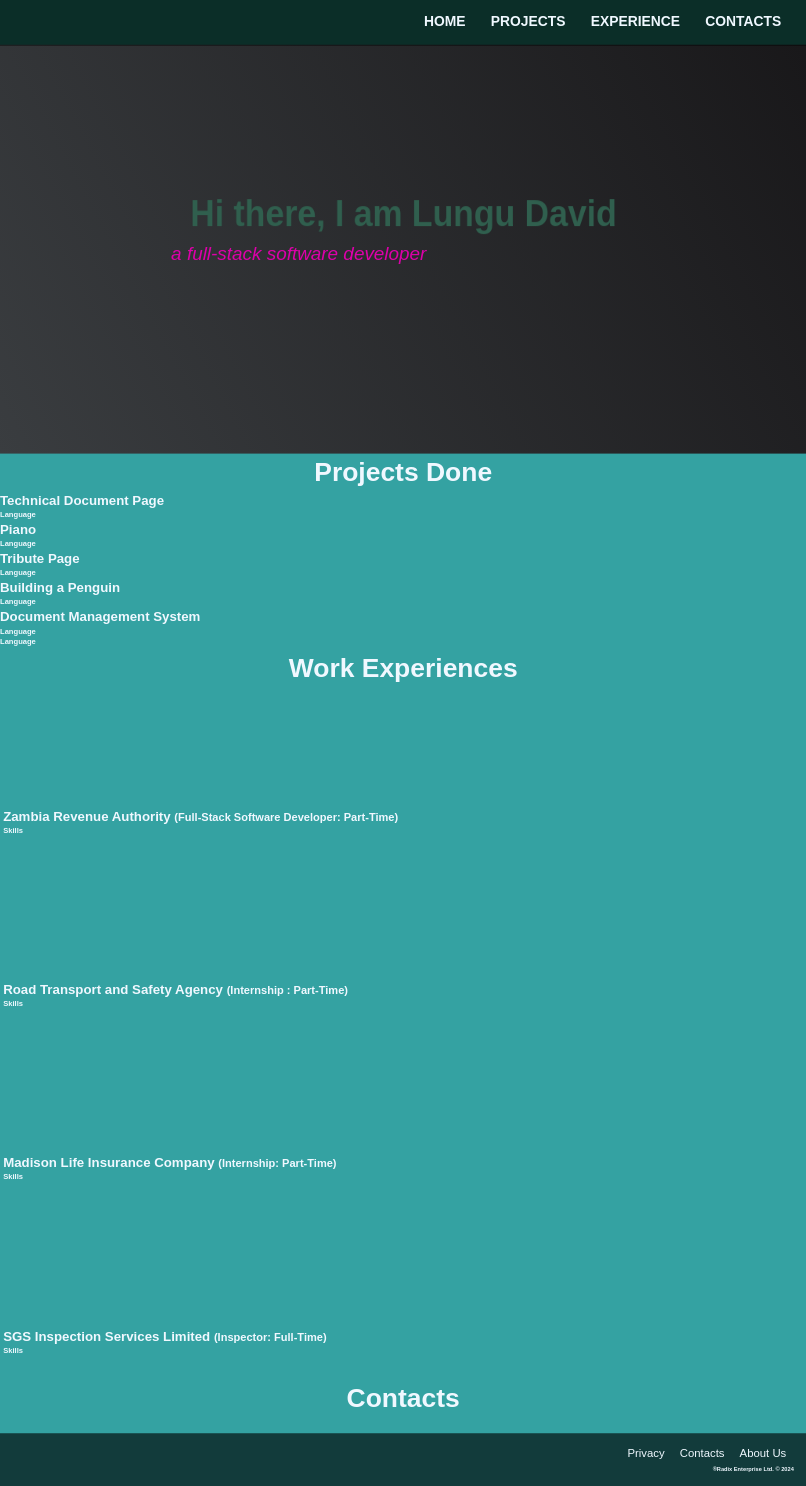
Repository: Lungdjos/personal_portifolio
Page: html/index.html
These files come from the project's save history. The page is drawn as it stood at one moment and after a run of saves; the edit follows.
The browser window is 1280 px wide. The pictures show the whole page, at 63% of full size.

Above is the page before, as saved 2024-02-02 01:33:54.

After the next 2 saves:
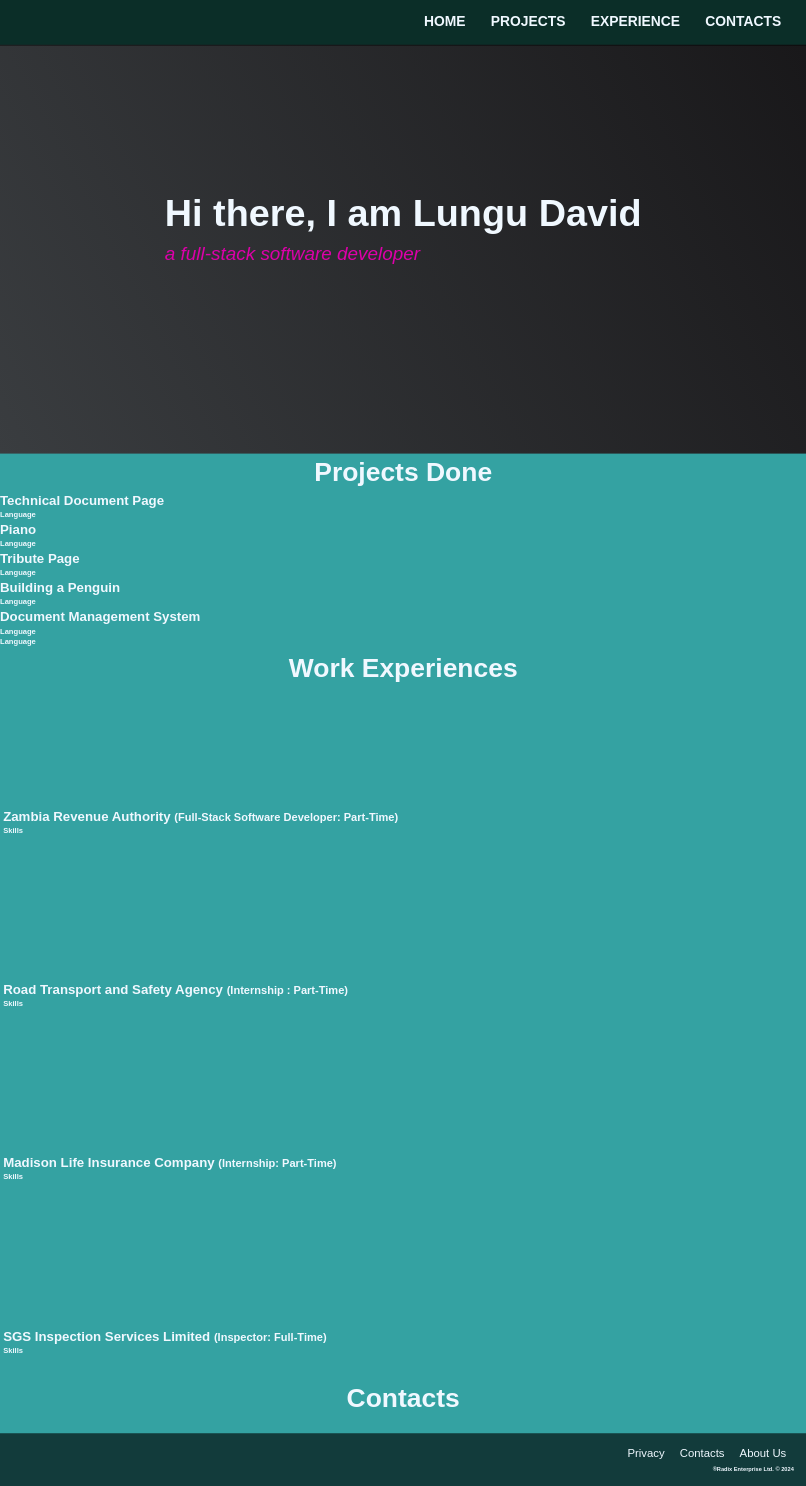
The 2 saves are shown as one change because they came seconds apart.
The last was saved 3 min 25 s later.
--- a/html/index.html
+++ b/html/index.html
@@ -27,8 +27,8 @@
         <div id="spacer"></div>
         <section class="home" id="Home">
             <div id="welcome-section">
-                <h1 id="title">Hi there, I am Lungu David</h1>
-                <p id="sub-title">a full-stack software developer</p>
+                <h1>Hi there, I am Lungu David</h1>
+                <p><span>a</span> <span>full-stack</span> <span>software</span> <span>developer</span></p>
             </div>
         </section>
 

After the 2 saves that followed:
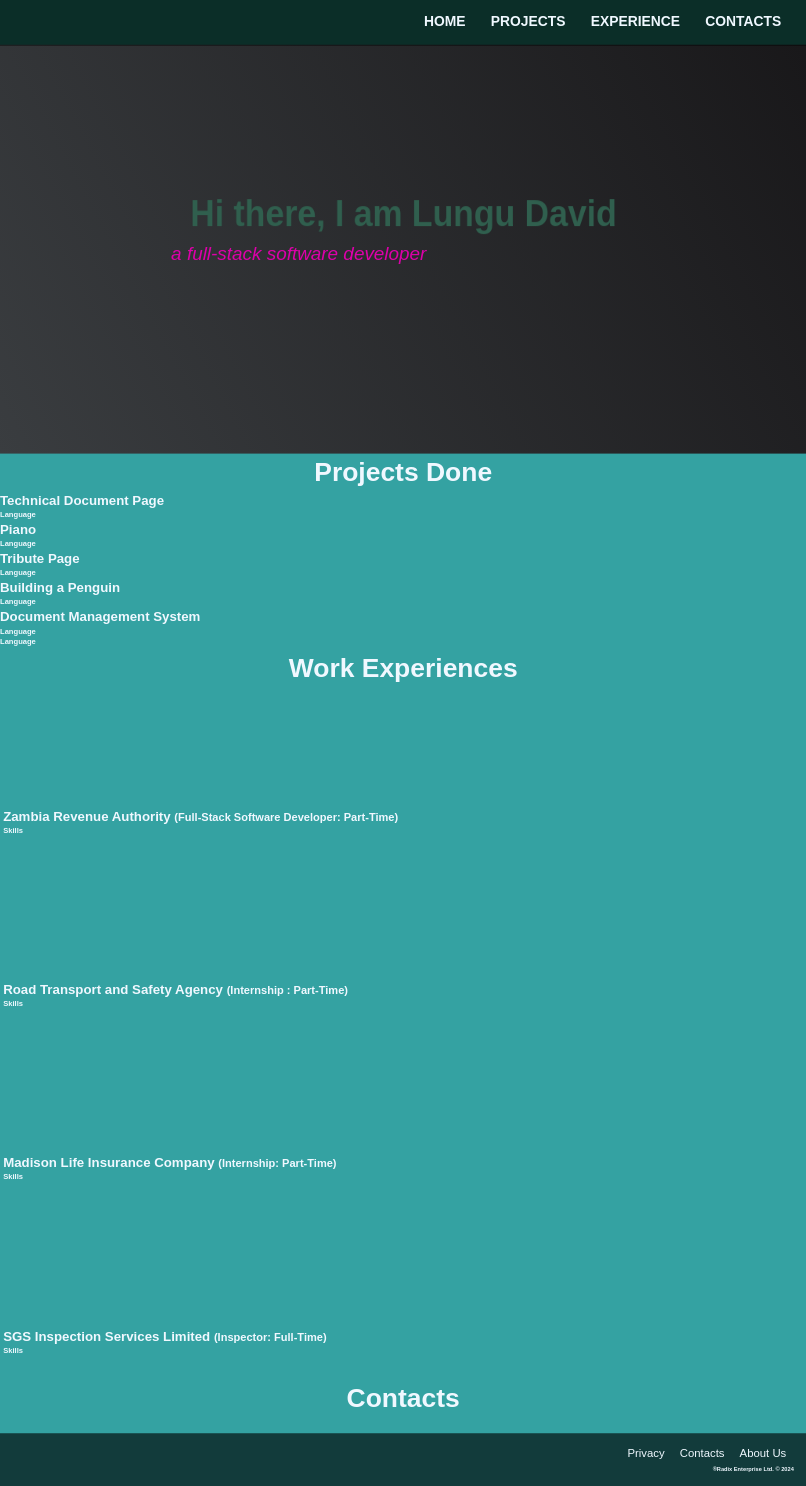
The 2 saves are shown as one change because they came seconds apart.
The last was saved 53 s later.
--- a/html/index.html
+++ b/html/index.html
@@ -27,8 +27,8 @@
         <div id="spacer"></div>
         <section class="home" id="Home">
             <div id="welcome-section">
-                <h1>Hi there, I am Lungu David</h1>
-                <p><span>a</span> <span>full-stack</span> <span>software</span> <span>developer</span></p>
+                <h1 id="title">Hi there, I am Lungu David</h1>
+                <p id="sub-title">a full-stack software developer</p>
             </div>
         </section>
 
